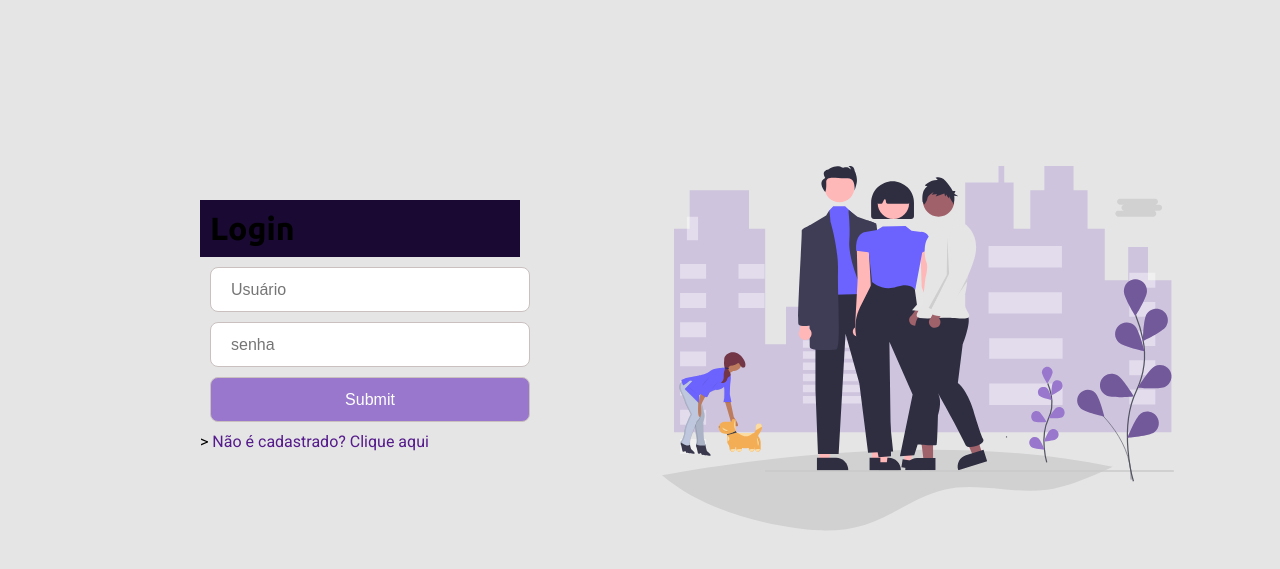
Repository: Dirlandia404/Casos
Page: src/pages/login.html
An editor plug-in stored every save of this project. The page is shown before and after the next save, followed by the edit.
The browser window is 1280 px wide. The pictures show the whole page.

Above is the page before, as saved 2021-07-14 09:27:27.

After the next save:
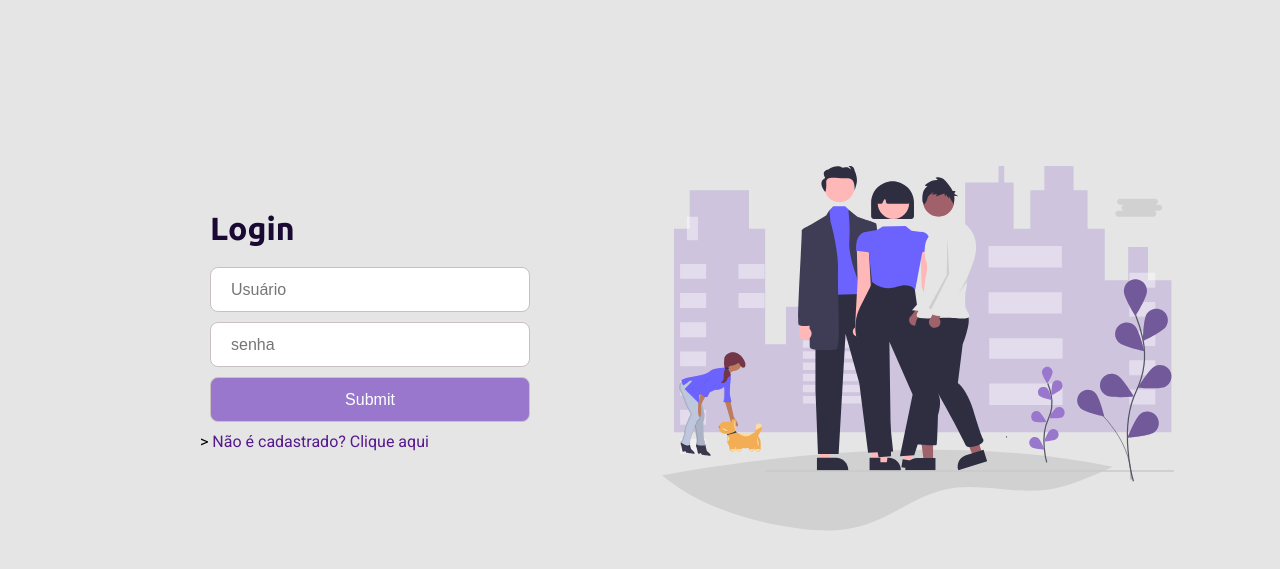
Saved 10 s later.
--- a/src/style/login.css
+++ b/src/style/login.css
@@ -33,7 +33,7 @@ input{
 }
 #login h1{
     padding: 10px;
-    background-color: #190933;
+    color: #190933;
 }
 
 #login a{
